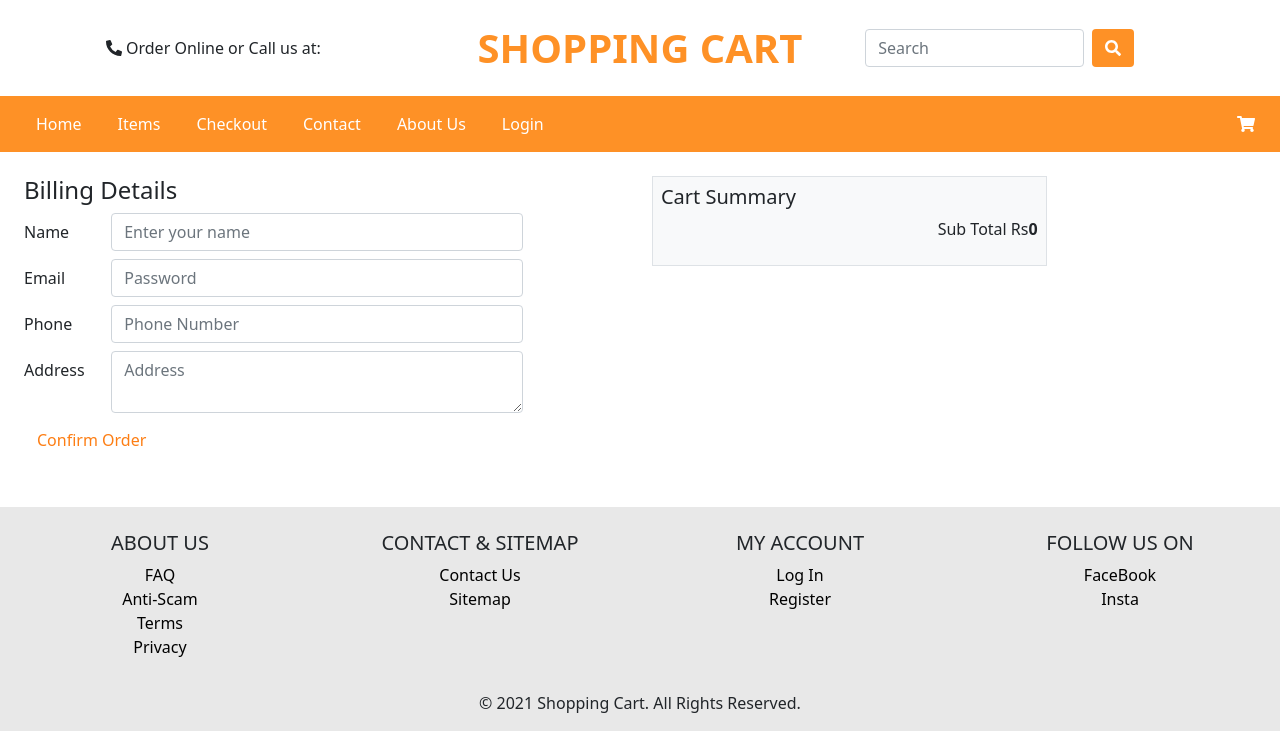
Repository: SaudCh/React-Ecommerce
Page: /checkout
An editor plug-in stored every save of this project. The page is shown before and after the next save, followed by the edit.
The browser window is 1280 px wide. The pictures show the whole page.
The project was rebuilt for these pictures with package versions that can differ from the ones it lists, and the page was loaded fresh each time. Also part of the build but not shown: src/App.css, src/Home/Carousel.jsx, src/data/items.js, src/data/discounted.js, src/Home/Card.jsx, src/Home/home.jsx, src/Login/Login.jsx, src/Register/register.jsx and 5 more.

Above is the page before, as saved 2021-12-27 22:29:53.

After the next save:
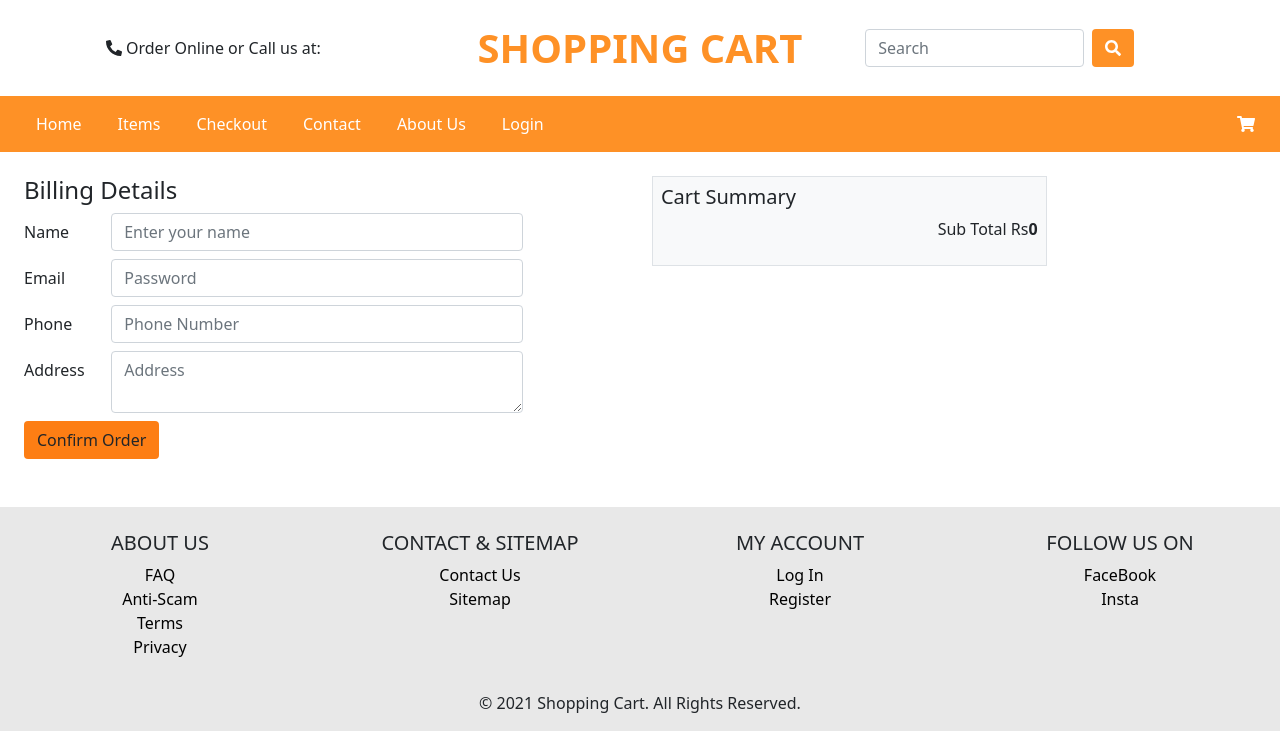
Saved 7 s later.
--- a/src/CheckOut/CheckOut.jsx
+++ b/src/CheckOut/CheckOut.jsx
@@ -66,7 +66,7 @@ export default function CheckOut(props) {
                 ></textarea>
               </div>
             </div>
-            <button style={{ color: "#fd7e14" }} className="btn">
+            <button style={{ backgroundColor: "#fd7e14" }} className="btn">
               Confirm Order
             </button>
           </form>
